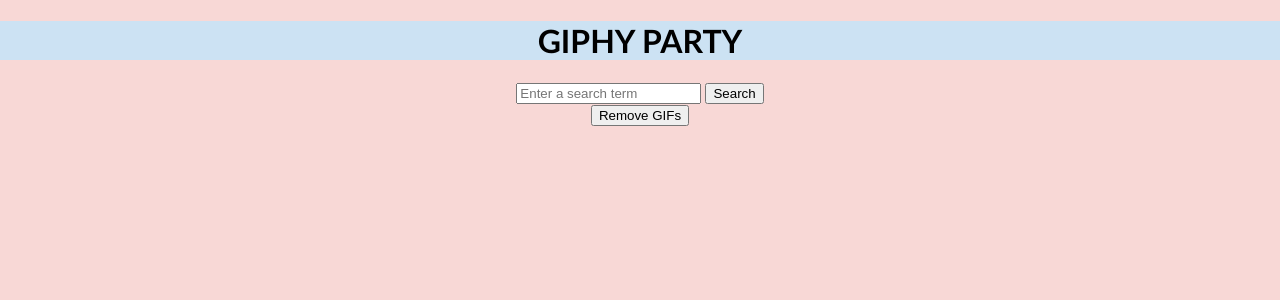
Repository: rmdayberry/AJAX-Giphy-Party
Page: index.html
The author's editor kept a copy of each file at every save. The page is drawn from the files as they stood at one save, then again after a run of saves.
The browser window is 1280 px wide. The pictures show the whole page.
Some web libraries are served in a nearby version.

Above is the page before, as saved 2024-08-06 13:03:15.

After the next 2 saves:
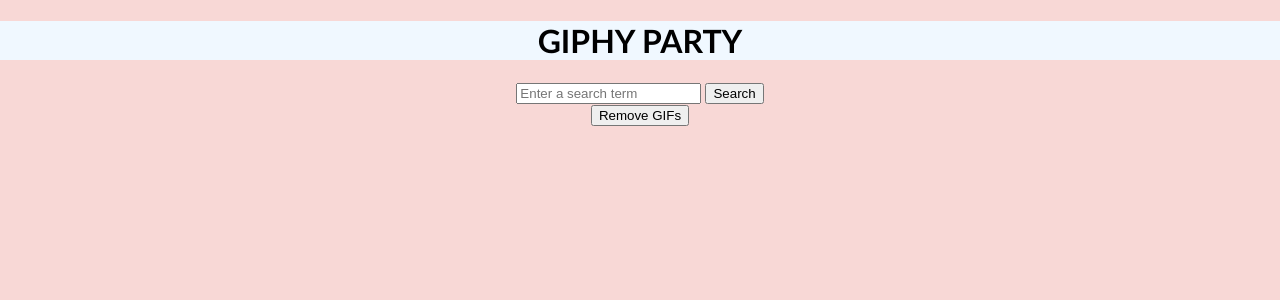
The 2 saves are shown as one change because they came seconds apart.
The last was saved 9 s later.
--- a/style.css
+++ b/style.css
@@ -8,6 +8,6 @@
 }
 
 h1 {
-  background-color: rgb(204, 226, 243);
+  background-color: aliceblue;
   color: black;
 }
